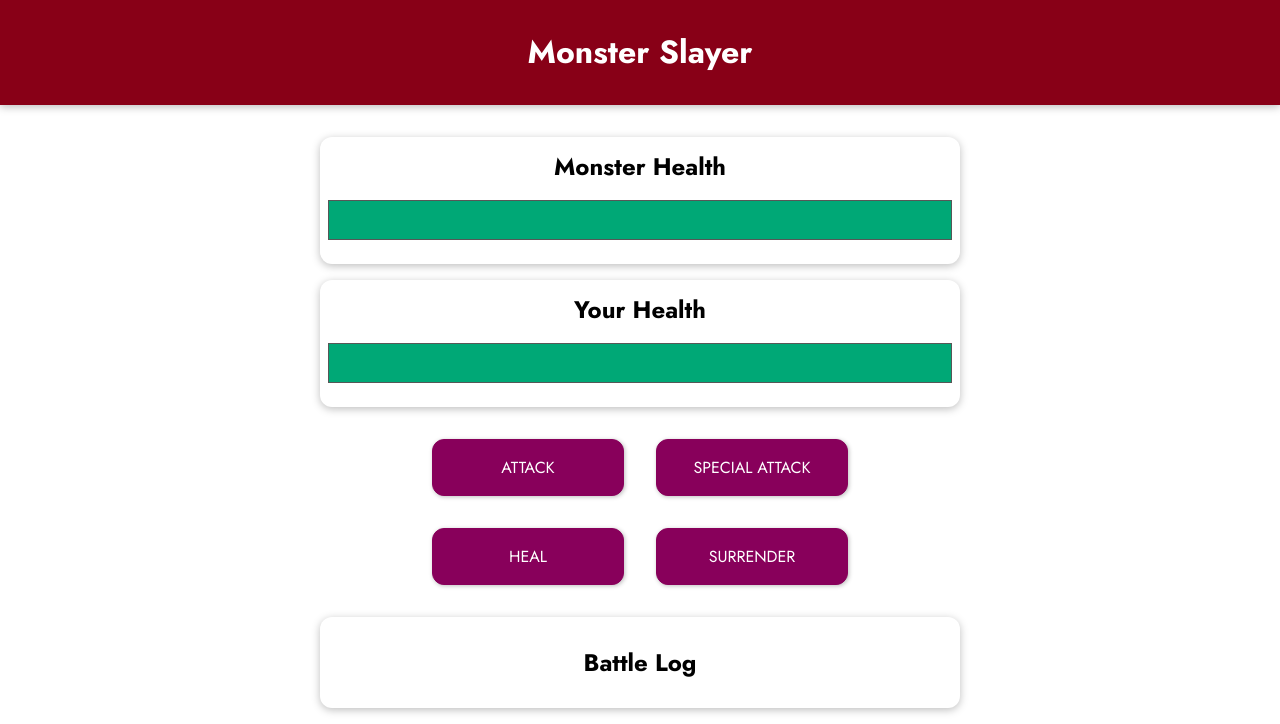
Repository: Schwarzbaer2/monster-slayer
Page: index.html
An editor plug-in stored every save of this project. The page is shown before and after the next save, followed by the edit.
The browser window is 1280 px wide. The pictures show the whole page.

Above is the page before, as saved 2021-02-26 11:40:45.

### index.html
<!DOCTYPE html>
<html lang="en">
  <head>
    <meta charset="UTF-8" />
    <meta name="viewport" content="width=device-width, initial-scale=1.0" />
    <title>Vue Basics</title>
    <link
      href="https://fonts.googleapis.com/css2?family=Jost:wght@400;700&display=swap"
      rel="stylesheet"
    />
    <link rel="stylesheet" href="styles.css" />
    <script src="https://unpkg.com/vue@next" defer></script>
    <script src="app.js" defer></script>
  </head>
  <body>
    <header>
      <h1>Monster Slayer</h1>
    </header>
    <div id="game">
      <section id="monster" class="container">
        <h2>Monster Health</h2>
        <div class="healthbar">
          <div
            class="healthbar__value"
            :style="monsterBarStyles"
          ></div>
        </div>
      </section>
      <section id="player" class="container">
        <h2>Your Health</h2>
        <div class="healthbar">
          <div class="healthbar__value"
          :style="playerBarStyles"
        ></div>
      </section>
      <section class="container" v-if="winner">
        <h2>Game Over!</h2>
        <h3 v-if="winner === 'monster'">You lost!</h3>
        <h3 v-else-if="winner === 'player'">You won!</h3>
        <h3 v-else>It's a draw!</h3>
        <button @click="startGame">Start New Game</button>
      </section>
      <section id="controls" v-else>
        <button @click="attackMonster">ATTACK</button>
        <button :disabled="mayUseSpecialAttack" @click="specialAttackMonster">SPECIAL ATTACK</button>
        <button @click="healPlayer">HEAL</button>
        <button @click="surrender">SURRENDER</button>
      </section>
      <section id="log" class="container">
        <h2>Battle Log</h2>
        <ul></ul>
      </section>
    </div>
  </body>
</html>

### styles.css
* {
  box-sizing: border-box;
}

html {
  font-family: 'Jost', sans-serif;
}

body {
  margin: 0;
}

header {
  box-shadow: 0 2px 8px rgba(0, 0, 0, 0.26);
  padding: 0.5rem;
  background-color: #880017;
  color: white;
  text-align: center;
  margin-bottom: 2rem;
}

section {
  width: 90%;
  max-width: 40rem;
  margin: auto;
}

.healthbar {
  width: 100%;
  height: 40px;
  border: 1px solid #575757;
  margin: 1rem 0;
  background: #fde5e5;
}

.healthbar__value {
  background-color: #00a876;
  width: 100%;
  height: 100%;
}

.container {
  text-align: center;
  padding: 0.5rem;
  margin: 1rem auto;
  box-shadow: 0 2px 8px rgba(0, 0, 0, 0.26);
  border-radius: 12px;
}

#monster h2,
#player h2 {
  margin: 0.25rem;
}

#controls {
  display: flex;
  flex-direction: row;
  flex-wrap: wrap;
  align-items: center;
  justify-content: center;
}

button {
  font: inherit;
  border: 1px solid #88005b;
  background-color: #88005b;
  color: white;
  padding: 1rem 2rem;
  border-radius: 12px;
  margin: 1rem;
  width: 12rem;
  cursor: pointer;
  box-shadow: 1px 1px 4px rgba(0, 0, 0, 0.26);
}

button:focus {
  outline: none;
}

button:hover,
button:active {
  background-color: #af0a78;
  border-color: #af0a78;
  box-shadow: 1px 1px 8px rgba(0, 0, 0, 0.26);
}

button:disabled {
  background-color: #ccc;
  border-color: #ccc;
  box-shadow: none;
  color: #3f3f3f;
  cursor: not-allowed;
}

#log ul {
  list-style: none;
  margin: 0;
  padding: 0;
}

#log li {
  margin: 0.5rem 0;
}

.log--player {
  color: #7700ff;
}

.log--monster {
  color: #da8d00;
}

.log--damage {
  color: red;
}

.log--heal {
  color: green;
}

### app.js
function getRandomValue(min, max) {
  return Math.floor(Math.random() * (max - min)) + min
}

const app = Vue.createApp({
  data() {
    return {
      playerHealth: 100,
      monsterHealth: 100,
      currentRound: 0,
      winner: null,
      logMessages: [],
    }
  },
  computed: {
    monsterBarStyles() {
      if (this.monsterHealth < 0) {
        return { width: '0%' }
      }
      return { width: this.monsterHealth + '%' }
    },
    playerBarStyles() {
      if (this.playerHealth < 0) {
        return { width: '0%' }
      }
      return { width: this.playerHealth + '%' }
    },
    mayUseSpecialAttack() {
      return this.currentRound % 3 !== 0
    },
  },
  watch: {
    playerHealth(value) {
      if (value <= 0 && this.monsterHealth <= 0) {
        // a draw
        this.winner = 'draw'
      } else if (value <= 0) {
        // player lost
        this.winner = 'monster'
      }
    },
    monsterHealth(value) {
      if (value <= 0 && this.playerHealth <= 0) {
        // a draw
        this.winner = 'draw'
      } else if (value <= 0) {
        // monster lost
        this.winner = 'player'
      }
    },
  },
  methods: {
    startGame() {
      this.playerHealth = 100
      this.monsterHealth = 100
      this.winner = null
      this.currentRound = 0
      this.logMessages = []
    },
    attackMonster() {
      this.currentRound++
      const attackValue = getRandomValue(5, 12)
      this.monsterHealth -= attackValue
      this.addLogMessage('player', 'attack', attackValue)
      this.attackPlayer()
    },
    attackPlayer() {
      const attackValue = getRandomValue(8, 15)
      this.playerHealth -= attackValue
      this.addLogMessage('monster', 'attack', attackValue)
    },
    specialAttackMonster() {
      this.currentRound++
      const attackValue = getRandomValue(10, 25)
      this.monsterHealth -= attackValue
      this.addLogMessage('player', 'attack', attackValue)
      this.attackPlayer()
    },
    healPlayer() {
      this.currentRound++
      const healValue = getRandomValue(8, 20)
      if (this.playerHealth + healValue > 100) {
        this.playerHealth = 100
      } else {
        this.playerHealth += healValue
      }
      this.addLogMessage('player', 'heal', healValue)
      this.attackPlayer()
    },
    surrender() {
      this.winner = 'monster'
    },
    addLogMessage(who, what, value) {
      this.logMessages.unshift({
        actionBy: who,
        actionType: what,
        actionValue: value,
      })
    },
  },
})

app.mount('#game')

After the next save:
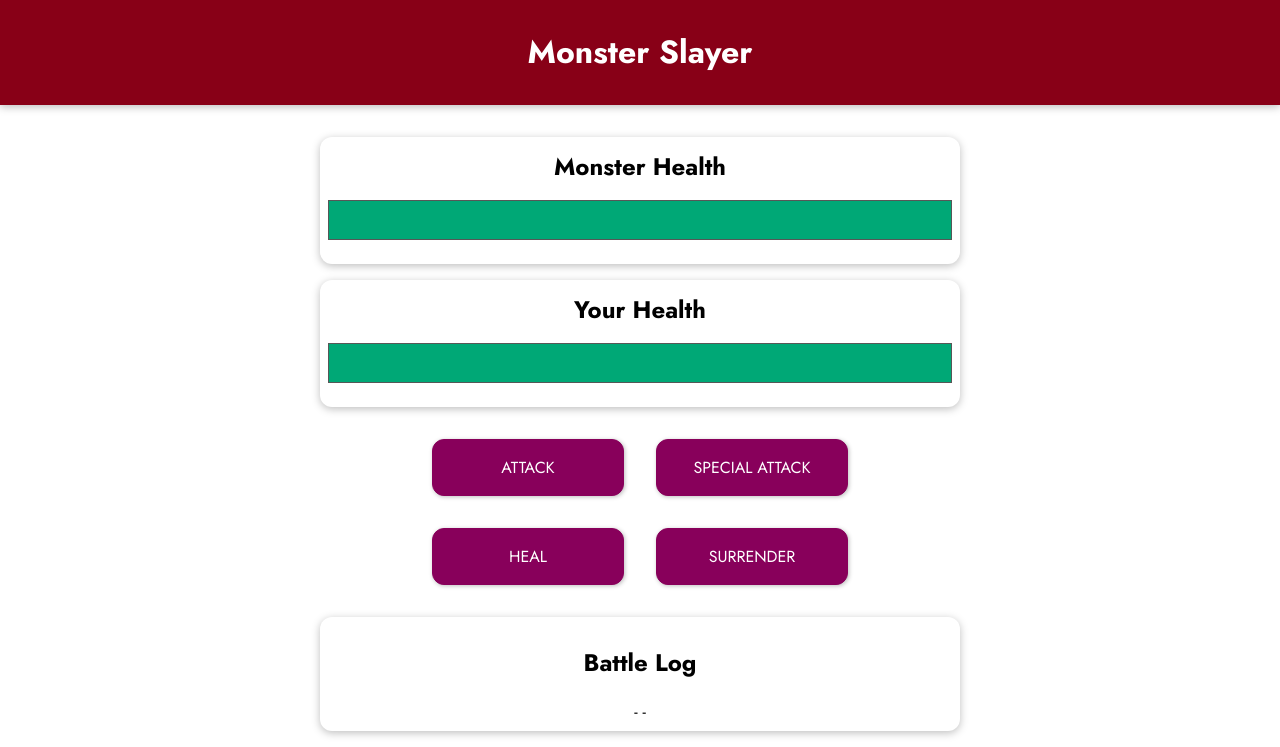
Saved 4 min 38 s later.
--- a/index.html
+++ b/index.html
@@ -48,7 +48,10 @@
       </section>
       <section id="log" class="container">
         <h2>Battle Log</h2>
-        <ul></ul>
+        <ul>
+          <li v-for="logMessage in logMessages"></li>
+          {{ logMessages.actionBy }} - {{ logMessages.actionBy }} - {{ logMessages.actionBy }}
+        </ul>
       </section>
     </div>
   </body>
